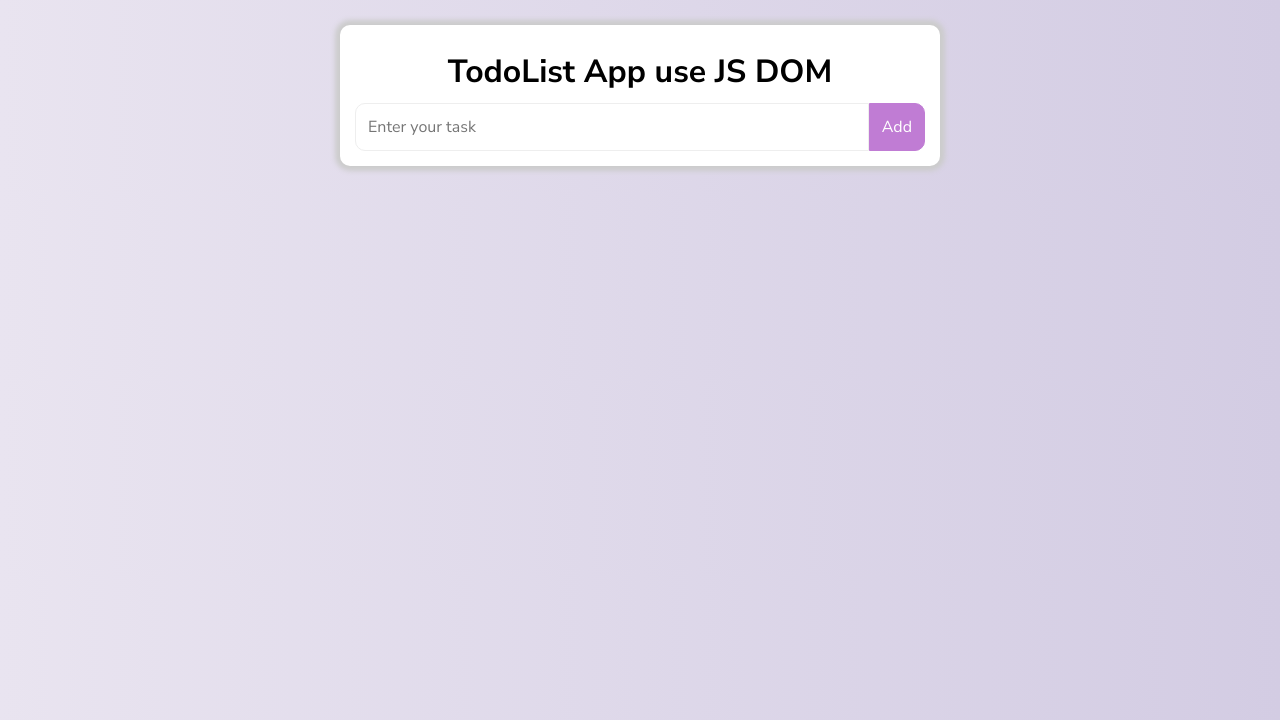
Repository: anhquan74-dev/todolist_app
Page: index.html
These files come from the project's save history. The page is drawn as it stood at one moment and after the next save; the edit follows.
The browser window is 1280 px wide. The pictures show the whole page.
Some web libraries are served in a nearby version.

Above is the page before, as saved 2022-07-21 17:19:50.

After the next save:
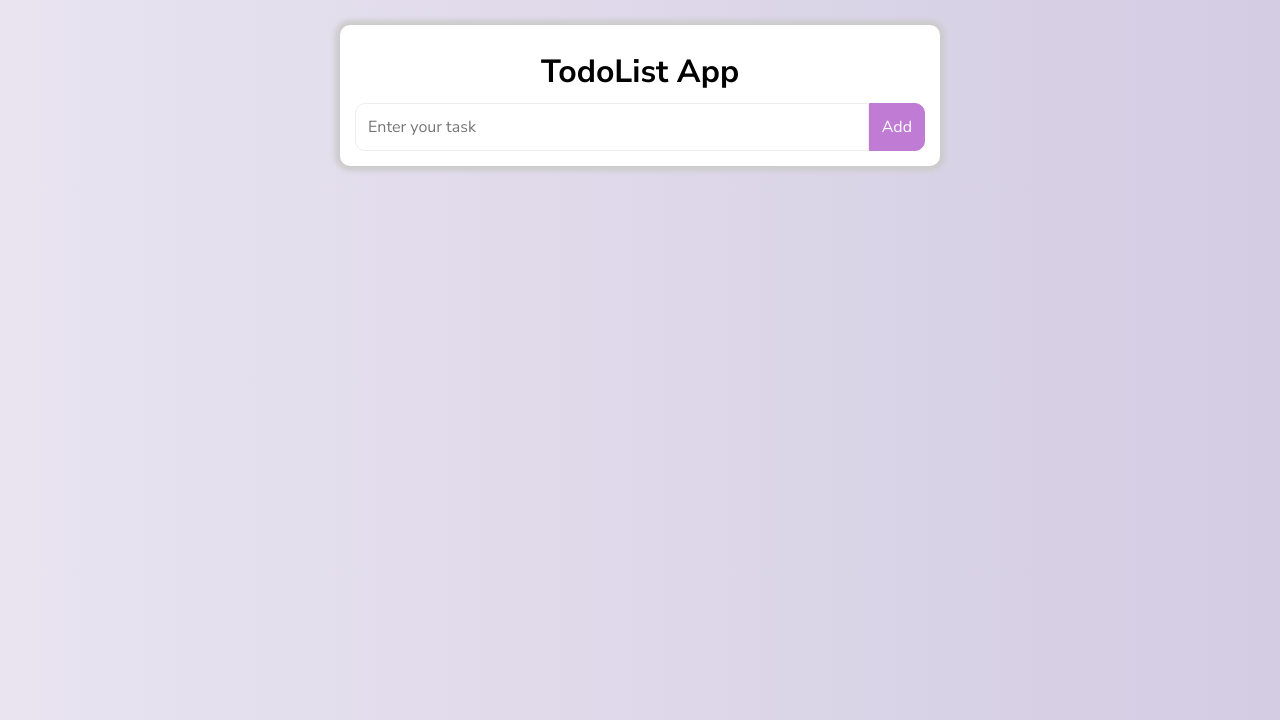
Saved 4 s later.
--- a/index.html
+++ b/index.html
@@ -16,7 +16,7 @@
   </head>
   <body>
     <div class="todo-app">
-      <h1>TodoList App use JS DOM</h1>
+      <h1>TodoList App</h1>
       <div class="form-control">
         <input id="input-text" type="text" placeholder="Enter your task" />
         <button id="add-btn">Add</button>
